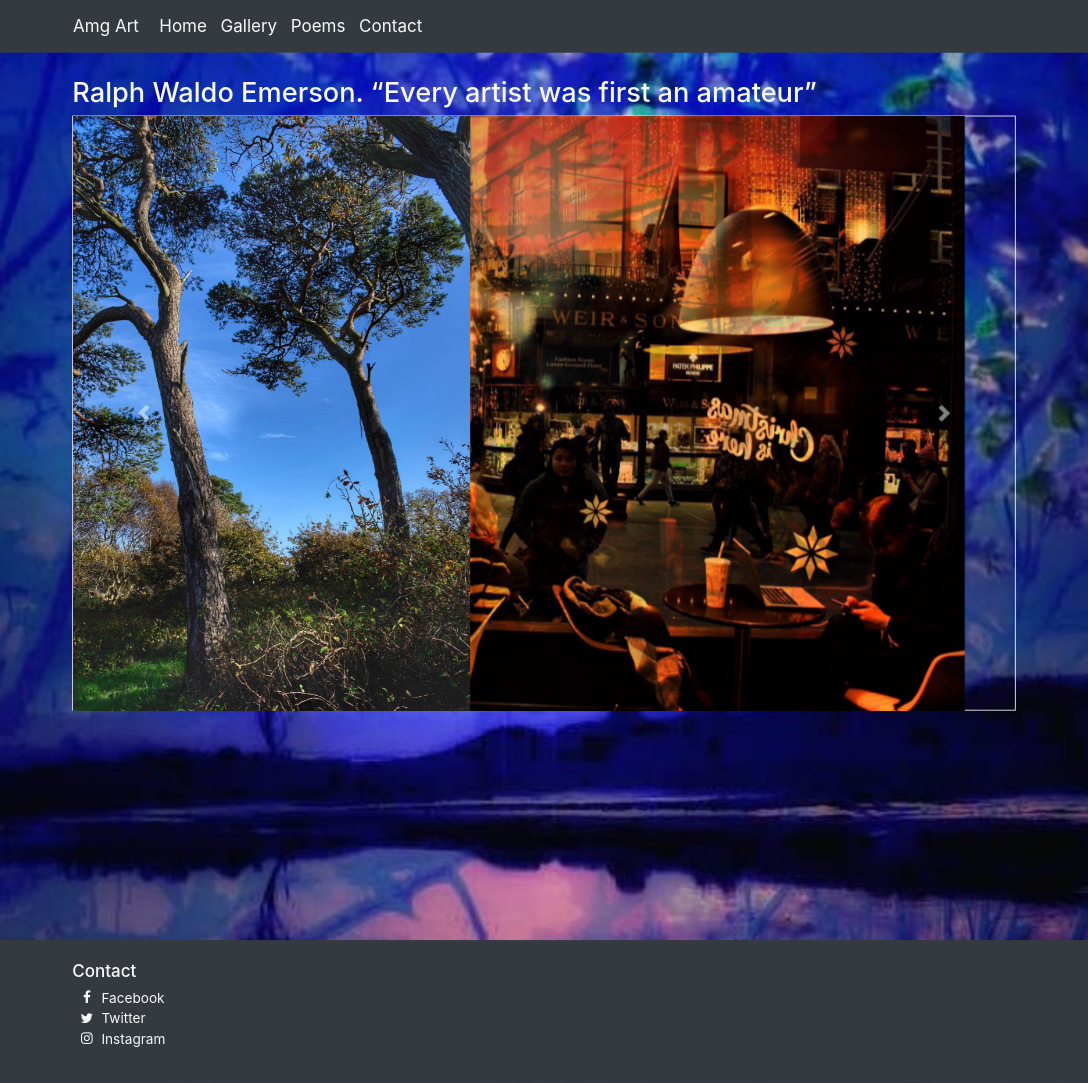
Repository: AllenGleeson/AmgArtGallery
Page: index.html
The author's editor kept a record of every edit. The page is drawn from the files as they stood at one moment, then again after the next edit.
The browser window is 1280 px wide. The pictures show the whole page, at 85% of full size.

Above is the page before.

### index.html
<!DOCTYPE html>
<html>

<head>
    <meta charset="UTF-8">
    <meta name="viewport" content="width=device-width, initial-scale=1.0">
    <meta http-equiv="X-UA-Compatible" content="ie=edge">
    <link rel="stylesheet" href="https://stackpath.bootstrapcdn.com/bootstrap/4.3.1/css/bootstrap.min.css" type="text/css" />
    <link rel="stylesheet" href="https://stackpath.bootstrapcdn.com/font-awesome/4.7.0/css/font-awesome.min.css" type="text/css" />
    <link rel="stylesheet" href="assets/css/style.css" type="text/css" />
</head>

<body>
    <header class="bg-dark mb-2">
        <nav class="navbar navbar-expand-sm navbar-light container">
            <a class="navbar-brand text-light" href="./index.html">Amg Art</a>
            <button class="navbar-toggler" type="button" data-toggle="collapse" data-target="#navbarNavAltMarkup" aria-controls="navbarNavAltMarkup" aria-expanded="false" aria-label="Toggle navigation">
                <span class="navbar-toggler-icon"></span>
            </button>
            <div class="collapse navbar-collapse" id="navbarNavAltMarkup">
                <div class="navbar-nav">
                    <a class="nav-item nav-link text-light" href="./index.html">Home</a>
                    <a class="nav-item nav-link text-light" href="./gallery1.html">Gallery</a>
                    <a class="nav-item nav-link text-light" href="./poems.html">Poems</a>
                    <a class="nav-item nav-link text-light active" href="./contact.html">Contact <span class="sr-only">(current)</span></a>
                </div>
            </div>
        </nav>
    </header>

    <section class="container">
        <div>
            <h2 class="text-light">Ralph Waldo Emerson. “Every artist was first an amateur”</h2>
            <div id="FeaturedImages" class="carousel" data-ride="carousel">
                <div class="carousel-inner">
                    <div class="carousel-item active">
                        <img class="d-block" src="assets/images/summertreeshowth.jpg" alt="First slide">
                    </div>
                    <div class="carousel-item">
                        <img class="d-block" src="assets/images/citydreaming.jpg" alt="Second slide">
                    </div>
                    <div class="carousel-item">
                        <img class="d-block" src="assets/images/latespringwicklow.jpg" alt="Third slide">
                    </div>
                    <div class="carousel-item active">
                        <img class="d-block" src="assets/images/summertreeshowth.jpg" alt="First slide">
                    </div>
                    <div class="carousel-item">
                        <img class="d-block" src="assets/images/citydreaming.jpg" alt="Second slide">
                    </div>
                    <div class="carousel-item">
                        <img class="d-block" src="assets/images/latespringwicklow.jpg" alt="Third slide">
                    </div>
                    <div class="carousel-item active">
                        <img class="d-block" src="assets/images/summertreeshowth.jpg" alt="First slide">
                    </div>
                    <div class="carousel-item">
                        <img class="d-block" src="assets/images/citydreaming.jpg" alt="Second slide">
                    </div>
                    <div class="carousel-item">
                        <img class="d-block" src="assets/images/latespringwicklow.jpg" alt="Third slide">
                    </div>
                </div>
                <a class="carousel-control-prev" href="#FeaturedImages" role="button" data-slide="prev">
                    <span class="carousel-control-prev-icon" aria-hidden="true"></span>
                    <span class="sr-only">Previous</span>
                </a>
                <a class="carousel-control-next" href="#FeaturedImages" role="button" data-slide="next">
                    <span class="carousel-control-next-icon" aria-hidden="true"></span>
                    <span class="sr-only">Next</span>
                </a>
            </div>
        </div>
    </section>

    <footer class="p-4 bg-dark text-light">
        <div class="container">
            <div class="row">
                <div class="col-sm-6">
                    <h5>Contact</h5>

                    <ul class="fa-ul">
                        <li><a href="www.facebook.com/amgasdsd" class="text-light"><i class="fa-li fa fa-facebook"></i><span>Facebook</span></a></li>
                        <li><a href="www.twitter.com/amgasdsd" class="text-light"><i class="fa-li fa fa-twitter"></i><span>Twitter</span></a></li>
                        <li><a href="www.instagram.com/amgasdsd" class="text-light"><i class="fa-li fa fa-instagram"></i><span>Instagram</span></a></li>
                    </ul>
                </div>
            </div>
        </div>
    </footer>

    <script src="https://code.jquery.com/jquery-3.3.1.slim.min.js" integrity="sha384-q8i/X+965DzO0rT7abK41JStQIAqVgRVzpbzo5smXKp4YfRvH+8abtTE1Pi6jizo" crossorigin="anonymous"></script>
    <script src="https://cdnjs.cloudflare.com/ajax/libs/popper.js/1.14.7/umd/popper.min.js" integrity="sha384-UO2eT0CpHqdSJQ6hJty5KVphtPhzWj9WO1clHTMGa3JDZwrnQq4sF86dIHNDz0W1" crossorigin="anonymous"></script>
    <script src="https://stackpath.bootstrapcdn.com/bootstrap/4.3.1/js/bootstrap.min.js" integrity="sha384-JjSmVgyd0p3pXB1rRibZUAYoIIy6OrQ6VrjIEaFf/nJGzIxFDsf4x0xIM+B07jRM" crossorigin="anonymous"></script>
</body>
</html>

### assets/css/style.css
section {
    display: block;
    width: 1800px;
    padding: 20px;
}

/*------------------------------------------------Color*/

.contentColor {
    background-color: #6A5ACD;
}

/*------------------------------------------------Nav Bar*/

.navbar-toggler {
    background-color: #fafafa;
}

.navbar-nav {
    font-size: 20px;
}

body {
    background-image: url("../images/bluescape.jpg");
    background-size: cover;
    background-repeat: no-repeat;
    background-position: center center;
}


/*------------------------------------------------Home Page*/

#FeaturedImages {
    border: 1px solid black;
    border-color: #fafafa;
    max-height: 700px;
    margin-left: auto;
    margin-right: auto;
    width: fit-content;
}

.carousel-item img {
    max-height: 700px;
}

@media only screen and (max-width: 768px) {
    .carousel-item img {
        max-height: 300px;
        max-width: 300px;
    }
}

/*------------------------------------------------Gallery Page*/

.galleryImage {
    max-height: 350px;
    max-width: 100%;
    margin-bottom: 20px;
    -webkit-box-shadow: 21px 11px 53px 0px rgba(235, 209, 235, 0.92);
    -moz-box-shadow: 21px 11px 53px 0px rgba(235, 209, 235, 0.92);
    box-shadow: 21px 11px 53px 0px rgba(235, 209, 235, 0.92);
}

@media only screen and (max-width: 768px) {
    .galleryImage {
        max-height: none;
    }
}

.page-item.disabled .page-link {
    color: #dee2e6;
    pointer-events: none;
    cursor: auto;
    background-color: #343a40;
}

.page-item.active .page-link {
    z-index: 1;
    color: #343a40;
    background-color: #fff;
    border-color: #fff;
}

.page-link {
    position: relative;
    display: block;
    padding: .5rem .75rem;
    margin-left: -1px;
    line-height: 1.25;
    color: #fafafa;
    background-color: #343a40;
    border: 1px solid #dee2e6;
}

/*------------------------------------------------Poems*/

.poems {
    max-width: 100%;
    -webkit-box-shadow: 21px 11px 53px 0px rgba(235, 209, 235, 0.92);
    -moz-box-shadow: 21px 11px 53px 0px rgba(235, 209, 235, 0.92);
    box-shadow: 21px 11px 53px 0px rgba(235, 209, 235, 0.92);
    padding: 0;
    border: none;
}

/*------------------------------------------------Contact*/

.aboutmeContainer {
    -webkit-box-shadow: 21px 11px 53px 0px rgba(235, 209, 235, 0.92);
    -moz-box-shadow: 21px 11px 53px 0px rgba(235, 209, 235, 0.92);
    box-shadow: 21px 11px 53px 0px rgba(235, 209, 235, 0.92);
    margin-bottom: 90px;
}

#aboutmeBio {
    font-size: 22px;
    font-family: Noto Sans, "san-serif";
    color: #fafafa;
}

#aboutImage {
    max-height: 350px;
    max-width: 100%;
    margin-bottom: 20px;
    -webkit-box-shadow: 21px 11px 53px 0px rgba(235, 209, 235, 0.92);
    -moz-box-shadow: 21px 11px 53px 0px rgba(235, 209, 235, 0.92);
    box-shadow: 21px 11px 53px 0px rgba(235, 209, 235, 0.92);
}

@media only screen and (max-width: 768px) {
    #aboutImage {
        max-height: none;
    }
}

/*------------------------------------------------Footer*/

footer {
    bottom: 0;
    width: 100%;
    white-space: nowrap;
    /* Set the fixed height of the footer here */
    margin: 0;
    margin-top: 250px;
}

@media only screen and (max-width: 500px) {
    footer {
        margin-top: 20px;
    }
}

#footer-icon {
    max-width: 150px;
}

After the next edit:
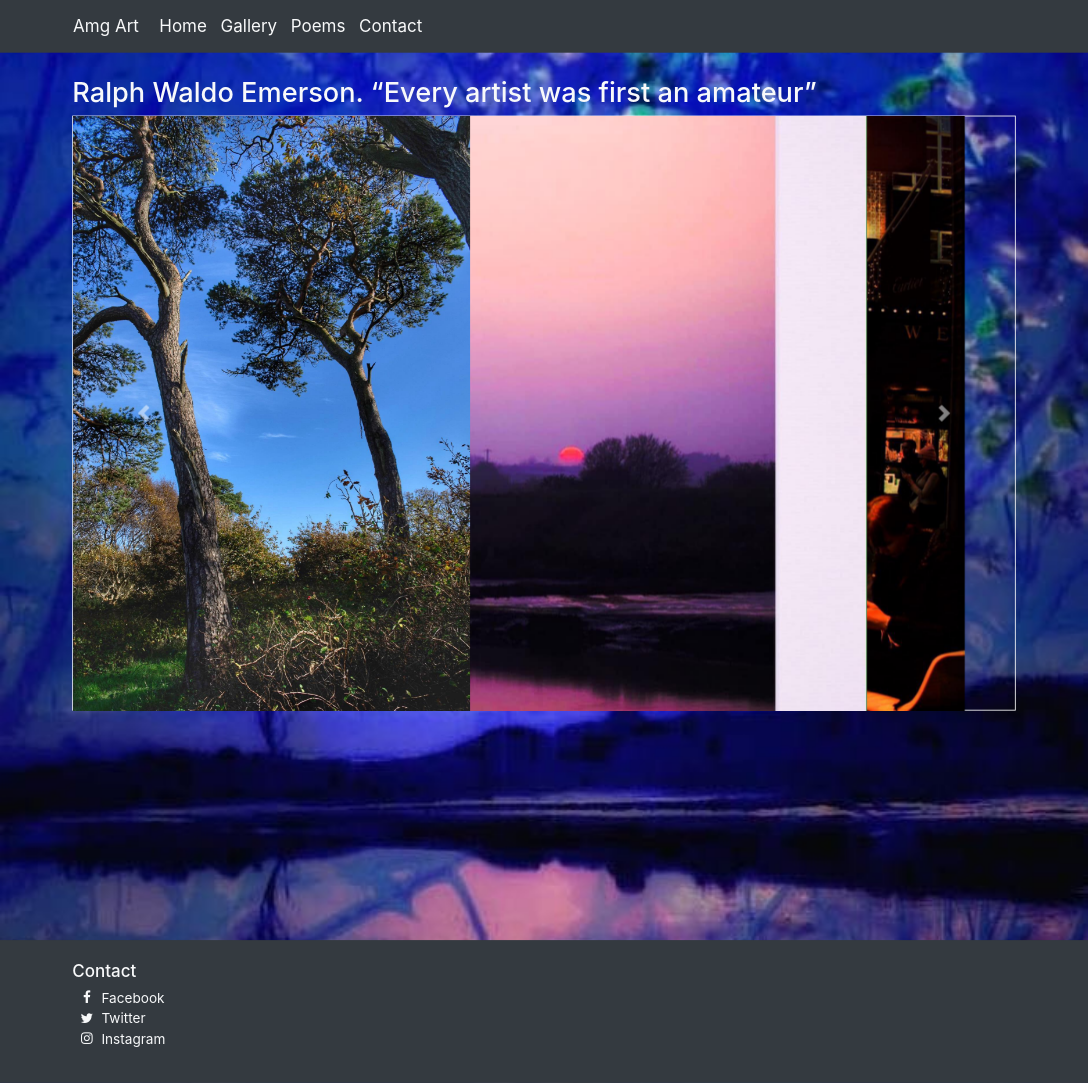
The edit:
--- a/index.html
+++ b/index.html
@@ -43,7 +43,7 @@
                         <img class="d-block" src="assets/images/latespringwicklow.jpg" alt="Third slide">
                     </div>
                     <div class="carousel-item active">
-                        <img class="d-block" src="assets/images/summertreeshowth.jpg" alt="First slide">
+                        <img class="d-block" src="assets/images/sunsetmeath.jpg" alt="First slide">
                     </div>
                     <div class="carousel-item">
                         <img class="d-block" src="assets/images/citydreaming.jpg" alt="Second slide">
